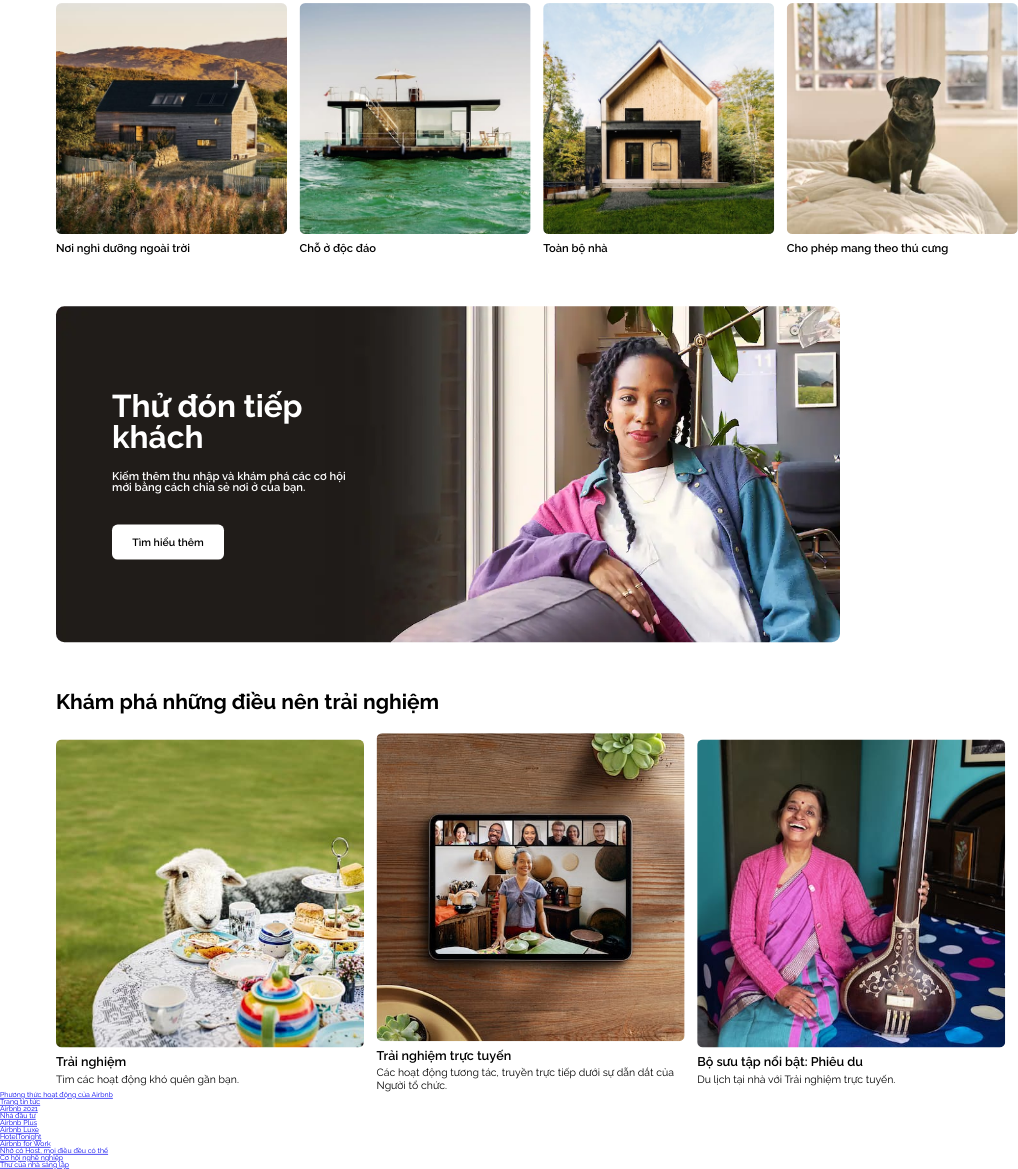
Repository: vanntrong/airbnb-clone
Page: index.html
The author's editor kept a copy of each file at every save. The page is drawn from the files as they stood at one save, then again after the next save.
The browser window is 1280 px wide. The page is 1454 px wide, so the pictures cover 1454 px, including what lies to the right of the window. The pictures show the part of the page from y = 778 to 2458 px (the page is 2448 px tall before and 2458 px after), at 70% of full size.

Above is the page before, as saved 2021-09-23 16:34:31.

### index.html
<!DOCTYPE html>
<html lang="en">
  <head>
    <meta charset="UTF-8" />
    <meta http-equiv="X-UA-Compatible" content="IE=edge" />
    <meta name="viewport" content="width=device-width, initial-scale=1.0" />
    <title>AirBnB</title>
    <link href="https://fonts.googleapis.com/css2?family=Material+Icons" rel="stylesheet" />
    <link rel="preconnect" href="https://fonts.googleapis.com" />
    <link rel="preconnect" href="https://fonts.gstatic.com" crossorigin />
    <link rel="preconnect" href="https://fonts.googleapis.com" />
    <link rel="preconnect" href="https://fonts.gstatic.com" crossorigin />
    <link
      href="https://fonts.googleapis.com/css2?family=Raleway:wght@200;300;400;500;600;700&display=swap"
      rel="stylesheet"
    />
    <link href="https://fonts.googleapis.com/css2?family=Material+Icons+Outlined" rel="stylesheet" />
    <link href="https://fonts.googleapis.com/css2?family=Material+Icons+Round" rel="stylesheet" />
    <link href="https://fonts.googleapis.com/css2?family=Material+Icons+Sharp" rel="stylesheet" />
    <link href="https://fonts.googleapis.com/css2?family=Material+Icons+Two+Tone" rel="stylesheet" />
    <link rel="stylesheet" href="./assets/css/reset.css" />
    <link rel="stylesheet" href="./assets/css/base.css" />
    <link rel="stylesheet" href="./assets/css/style.css" />
  </head>
  <body>
    <header class="header">
      <div class="header__covid">
        <a href="https://covid19.gov.vn/">Nhận thông tin mới nhất về biện pháp ứng phó COVID-19 của chúng tôi</a>
      </div>
      <div class="header__container">
        <nav class="header__nav">
          <div class="header__logo">
            <a href="" class="header__logo-link">
              <img src="./assets/images/logo.png" alt="Logo AirBnb" class="header__logo-img" />
              <span class="header__logo-name">airbnb</span>
            </a>
          </div>
          <div class="header__exp">
            <ul class="header__exp-list">
              <li class="header__exp-item">
                <div class="header-exp-link active">Nơi ở</div>
              </li>
              <li class="header__exp-item">
                <div class="header-exp-link">Trải nghiệm</div>
              </li>
              <li class="header__exp-item">
                <div class="header-exp-link">Trải nghiệm trực tuyến</div>
              </li>
            </ul>
          </div>
          <div class="header__user">
            <div class="header__user-register">
              <span>Trở thành chủ nhà</span>
            </div>
            <div class="header__user-language">
              <span class="material-icons-outlined"> language </span>
            </div>
            <div class="header__user-menu">
              <span class="material-icons-outlined header__user-icon"> menu </span>
              <img src="./assets/images/user-avatar.png" class="header__user-avatar" />
            </div>
          </div>
        </nav>

        <div class="header__search">
          <div class="header__search-place">
            <h4 class="header__search-text">Địa điểm</h4>
            <input type="text" placeholder="Bạn sắp đi đâu ?" class="header__search-input" />
          </div>
          <div class="header__search-room">
            <h4 class="header__search-text">Nhận phòng</h4>
            <p class="header__add-date">Thêm ngày</p>
          </div>
          <div class="header__search-room">
            <h4 class="header__search-text">Trả phòng</h4>
            <p class="header__add-date">Thêm ngày</p>
          </div>
          <div class="header__search-guest">
            <div class="header__search-wrapper">
              <h4 class="header__search-text">Khách</h4>
              <p class="header__add-date">Thêm khách</p>
            </div>
            <div class="header-guest-search">
              <span class="material-icons-outlined"> search </span>
              <!-- <p class="header-guest-text">Tìm kiếm</p> -->
            </div>
          </div>
        </div>

        <div class="header__title">
          <h2 class="header__title-text">Bạn chưa biết nên đi đâu? Tuyệt!</h2>
          <div class="header__title-btn"><span>Tìm kiếm linh hoạt</span></div>
        </div>
      </div>
    </header>
    <div class="banner">
      <h2 class="banner__heading">Ở bất cứ đâu</h2>
      <div class="banner__container">
        <ul class="banner__list">
          <li class="banner__item">
            <img src="./assets/images/banner/banner1.png" class="banner__item-img" />
            <span class="banner__item-text">Nơi nghỉ dưỡng ngoài trời</span>
          </li>
          <li class="banner__item">
            <img src="./assets/images/banner/banner2.png" class="banner__item-img" />
            <span class="banner__item-text">Chỗ ở độc đáo</span>
          </li>
          <li class="banner__item">
            <img src="./assets/images/banner/banner3.png" class="banner__item-img" />
            <span class="banner__item-text">Toàn bộ nhà</span>
          </li>
          <li class="banner__item">
            <img src="./assets/images/banner/banner4.png" class="banner__item-img" />
            <span class="banner__item-text">Cho phép mang theo thú cưng</span>
          </li>
        </ul>
      </div>
    </div>
    <div class="container">
      <div class="container__top">
        <div class="container__top-title">
          <h2 class="container-title-heading">Thử đón tiếp khách</h2>
          <p class="container-title-text">
            Kiếm thêm thu nhập và khám phá các cơ hội mới bằng cách chia sẻ nơi ở của bạn.
          </p>
          <div class="container-title-btn"><span>Tìm hiểu thêm</span></div>
        </div>
      </div>
      <div class="container__bottom">
        <h2 class="container__bottom-heading">Khám phá những điều nên trải nghiệm</h2>
        <ul class="container__bottom-list">
          <li class="container__bottom-item">
            <img src="./assets/images/container/container__item-1.png" class="container__item-img" />
            <h4 class="container__item-heading">Trải nghiệm</h4>
            <p class="container__item-text">Tìm các hoạt động khó quên gần bạn.</p>
          </li>
          <li class="container__bottom-item">
            <img src="./assets/images/container/container__item-2.png" class="container__item-img" />
            <h4 class="container__item-heading">Trải nghiệm trực tuyến</h4>
            <p class="container__item-text">
              Các hoạt động tương tác, truyền trực tiếp dưới sự dẫn dắt của Người tổ chức.
            </p>
          </li>
          <li class="container__bottom-item">
            <img src="./assets/images/container/container__item-3.png" class="container__item-img" />
            <h4 class="container__item-heading">Bộ sưu tập nổi bật: Phiêu du</h4>
            <p class="container__item-text">Du lịch tại nhà với Trải nghiệm trực tuyến.</p>
          </li>
        </ul>
      </div>
    </div>
    <footer class="footer">
      <div class="footer__top">
        <ul class="footer__top-list">
          <li class="footer__top-item"><a href="#">Phương thức hoạt động của Airbnb</a></li>
          <li class="footer__top-item"><a href="#">Trang tin tức</a></li>
          <li class="footer__top-item"><a href="#">Airbnb 2021</a></li>
          <li class="footer__top-item"><a href="#">Nhà đầu tư</a></li>
          <li class="footer__top-item"><a href="#">Airbnb Plus</a></li>
          <li class="footer__top-item"><a href="#">Airbnb Luxe</a></li>
          <li class="footer__top-item"><a href="#">HotelTonight</a></li>
          <li class="footer__top-item"><a href="#">Airbnb for Work</a></li>
          <li class="footer__top-item"><a href="#">Nhờ có Host, mọi điều đều có thể</a></li>
          <li class="footer__top-item"><a href="#">Cơ hội nghề nghiệp</a></li>
          <li class="footer__top-item">
            <a href="#">Thư của nhà sáng lập</a>
          </li>
        </ul>
      </div>
    </footer>
  </body>
</html>

### assets/css/base.css
html {
  font-family: "Raleway", sans-serif;
  font-size: 62.5%;
}
* {
  box-sizing: border-box;
}

:root {
  --text-color: #484848;
}

### assets/css/style.css
.header {
  width: 100%;
}

.header__covid {
  width: 100%;
  height: 58px;
  background-color: #222;
}

.header__covid a {
  display: inline-block;
  position: relative;
  left: 50%;
  top: 50%;
  transform: translate(-50%, -50%);
  color: #a3a3a3;
  font-size: 1.5rem;
  font-weight: 400;
}

.header__covid a:hover {
  color: #5c5c5c;
}

.header__container {
  width: 100%;
  background-image: url("../images/background.jpg");
  background-size: contain;
  height: 620px;
}

.header__nav {
  padding: 16px 80px;
  display: flex;
  align-items: flex-start;
  justify-content: space-between;
}

.header__logo {
}

.header__logo-link {
  text-decoration: none;
  color: #fff;
  font-size: 2.4rem;
  display: flex;
  align-items: center;
  font-weight: 600;
}

.header__logo-img {
  width: 40px;
  height: 46px;
  margin-right: 6px;
}

.header__exp {
  margin-top: 10px;
  margin-left: 175px;
}

.header__exp-list {
  display: flex;
  align-items: center;
}

.header-exp-link {
  color: #fff;
  font-size: 1.6rem;
  font-weight: 400;
  margin: 0 12px;
  position: relative;
  cursor: pointer;
}

.header-exp-link::after {
  content: "";
  position: absolute;
  width: 18px;
  height: 2px;
  bottom: -13px;
  left: 50%;
  transform: translateX(-50%);
  background-color: #fff;
  display: none;
}

.header-exp-link:hover {
  display: block;
  opacity: 0.6;
}

.header-exp-link:hover::after {
  display: block;
}

.header-exp-link.active::after {
  display: block;
  opacity: unset;
}

.active:hover {
  opacity: unset;
  cursor: default;
}

.header__user {
  display: flex;
  align-items: center;
}

.header__user-register {
  font-size: 1.4rem;
  font-weight: 600;
  padding: 16px;
  border-radius: 35px;
  margin-right: 10px;
  color: #fff;
}

.header__user-register:hover {
  background: rgba(238, 238, 238, 0.2);
  cursor: pointer;
}

.header__user-language {
  color: #fff;
  padding: 16px;
  margin: 0 12px 0 -14px;
  border-radius: 35px;
}

.header__user-language:hover {
  background: rgba(238, 238, 238, 0.2);
  cursor: pointer;
}

.header__user-language span {
  font-size: 2rem;
}

.header__user-menu {
  display: flex;
  align-items: center;
  padding: 4px;
  background-color: #fff;
  border-radius: 25px;
  cursor: pointer;
  border: 1px solid rgba(221, 221, 221, 0.8);
}

.header__user-icon {
  padding: 4px 6px 4px 10px;
}

.header__user-avatar {
  width: 32px;
}

.header__search {
  display: flex;
  align-items: center;
  justify-content: space-between;
  max-width: 850px;
  margin: auto;
  background-color: #fff;
  border-radius: 35px;
  /* box-shadow: 0 2px 2px #d0d0b7; */
}

.header__search-place {
  flex-grow: 2;
  padding: 16px 24px;
  height: 100%;
  position: relative;
}

.header__search-place::after {
  content: "";
  width: 0.5px;
  height: 50%;
  position: absolute;
  background-color: #ddd;
  top: 50%;
  transform: translateY(-50%);
  right: 0;
  display: block;
}

.header__search-place:hover {
  background-color: #eee;
  border-radius: 40px;
  cursor: pointer;
}

.header__search-place:hover::after {
  display: none;
}

.header__search-text {
  font-size: 1.2rem;
  font-weight: 700;
  margin-bottom: 6px;
}

.header__search-input {
  width: 100%;
  border: none;
  background-color: transparent;
  font-size: 1.4rem;
  outline: none;
}

.header__search-room {
  flex-grow: 1;
  height: 100%;
  padding: 16px 24px;
  position: relative;
}

.header__search-room::after {
  content: "";
  position: absolute;
  background-color: #ddd;
  width: 1px;
  height: 50%;
  top: 50%;
  right: 0;
  transform: translateY(-50%);
  display: block;
}

.header__search-room:hover {
  background-color: #eee;
  border-radius: 40px;
  cursor: pointer;
}

.header__search-room:hover::after {
  display: none;
}

.header__add-date {
  font-size: 1.3rem;
  color: var(--text-color);
}

.header__search-guest {
  height: 100%;
  flex-grow: 1;
  display: flex;
  justify-content: space-between;
  align-items: center;
}

.header__search-guest:hover {
  background-color: #eee;
  border-radius: 40px;
  cursor: pointer;
}

.header__search-wrapper {
  padding: 16px 24px;
}

.header-guest-search {
  background-color: #ff385c;
  color: #fff;
  width: 48px;
  height: 48px;
  border-radius: 40px;
  padding: 16px 24px;
  margin-right: 8px;
}

.header-guest-search span {
  display: inline-block;
  position: relative;
  left: 50%;
  top: 50%;
  transform: translate(-50%, -50%);
}

.header__title {
  margin-top: 185px;
  position: relative;
  left: 50%;
  transform: translateX(-50%);
  display: inline-block;
  cursor: pointer;
}
.header__title-text {
  font-size: 1.8rem;
  font-weight: 600;
}
.header__title-btn {
  margin-top: 20px;
  text-align: center;
  width: 100%;
  height: 60px;
  background-color: #fff;
  border-radius: 40px;
  box-shadow: 4px 4px 10px rgb(0 0 0 / 10%);
  display: flex;
  align-items: center;
  justify-content: center;
}
.header__title-btn span {
  display: block;
  font-size: 1.8rem;
  font-weight: 700;
  background-image: linear-gradient(0.25turn, #70019c, #ad0186);
  /* fill color text */
  background-clip: text;
  -webkit-background-clip: text;
  -webkit-text-fill-color: transparent;
}

.banner {
  margin-top: 40px;
  padding: 0 80px;
}

.banner__heading {
  margin-bottom: 35px;
  font-size: 3rem;
  font-weight: 700;
}

.banner__list {
  display: flex;
  align-items: center;
  justify-content: space-between;
}

.banner__item {
  margin-right: 18px;
  cursor: pointer;
}

.banner__item-img {
  width: 330px;
  border-radius: 8px;
}

.banner__item-text {
  margin-top: 10px;
  display: block;
  font-size: 1.6rem;
  font-weight: 600;
}

.container {
  padding: 0 80px;
}

.container__top {
  margin-top: 75px;
  height: 480px;
  background: url("../images/container/container__background.png");
  background-size: cover;
  background-repeat: no-repeat;
  border-radius: 12px;
  overflow: hidden;
}

.container__top-title {
  width: 365px;
  height: 245px;
  margin-top: 120px;
  margin-left: 80px;
  color: #fff;
}

.container-title-heading {
  font-size: 4.5rem;
  font-weight: 700;
  margin-bottom: 25px;
}

.container-title-text {
  font-size: 1.6rem;
  font-weight: 600;
}

.container-title-btn {
  margin-top: 45px;
  width: 160px;
  height: 50px;
  text-align: center;
  background-color: #fff;
  color: #000;
  display: flex;
  align-items: center;
  justify-content: center;
  font-size: 1.5rem;
  font-weight: 600;
  border-radius: 8px;
}

.container__bottom {
  margin-top: 70px;
}

.container__bottom-heading {
  font-size: 3rem;
  font-weight: 700;
  margin-bottom: 30px;
}

.container__bottom-list {
  display: flex;
  align-items: center;
  cursor: pointer;
}

.container__bottom-item {
  margin-right: 18px;
}

.container__item-img {
  width: 440px;
  border-radius: 8px;
}

.container__item-heading {
  margin-top: 10px;
  font-size: 1.8rem;
  font-weight: 600;
}

.container__item-text {
  margin-top: 6px;
  font-size: 1.5rem;
  line-height: 1.8rem;
}

Loaded but not shown: assets/css/reset.css (common file)

After the next save:
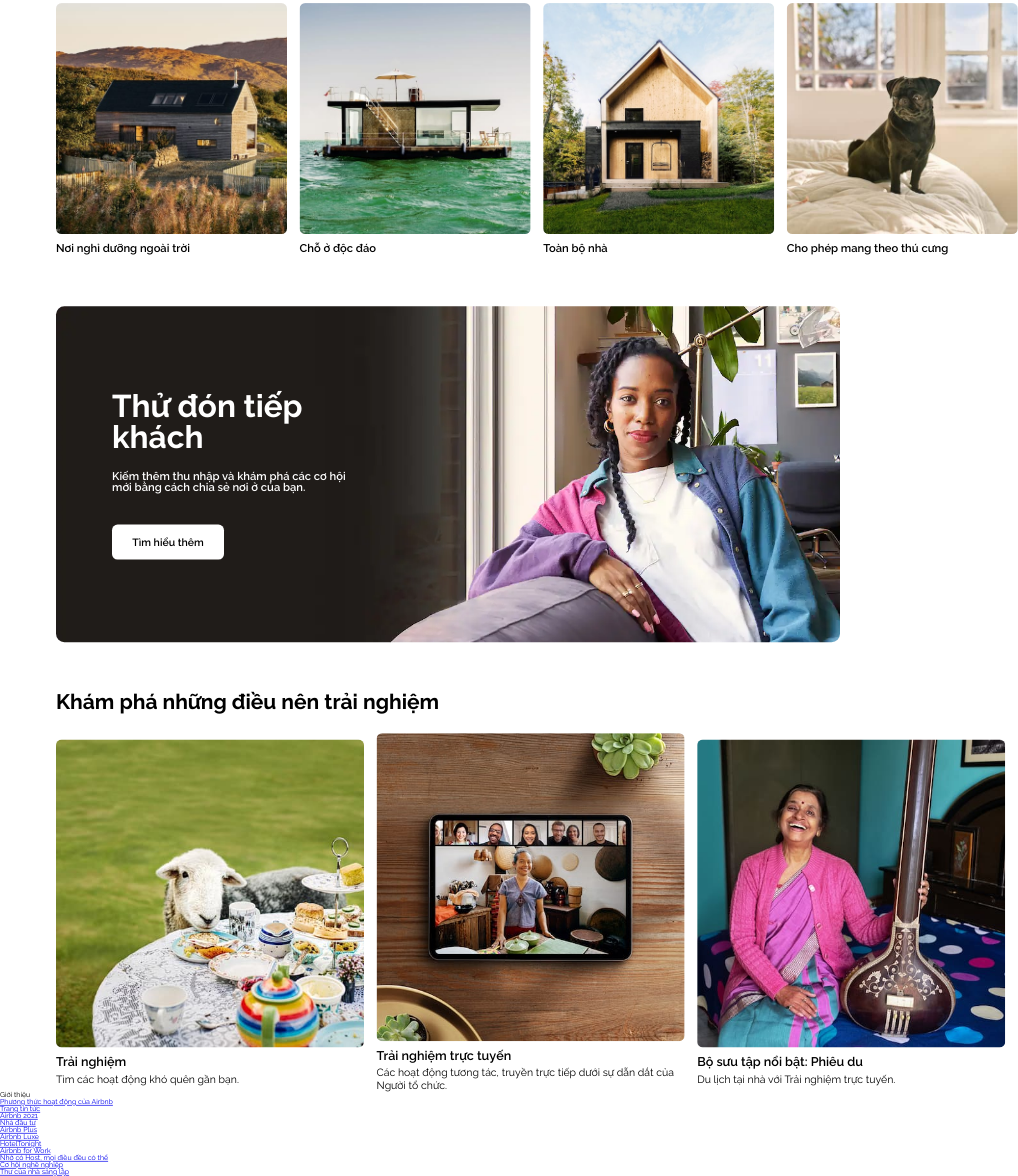
Saved 76 s later.
--- a/index.html
+++ b/index.html
@@ -152,6 +152,7 @@
     <footer class="footer">
       <div class="footer__top">
         <ul class="footer__top-list">
+          <span>Giới thiệu</span>
           <li class="footer__top-item"><a href="#">Phương thức hoạt động của Airbnb</a></li>
           <li class="footer__top-item"><a href="#">Trang tin tức</a></li>
           <li class="footer__top-item"><a href="#">Airbnb 2021</a></li>
